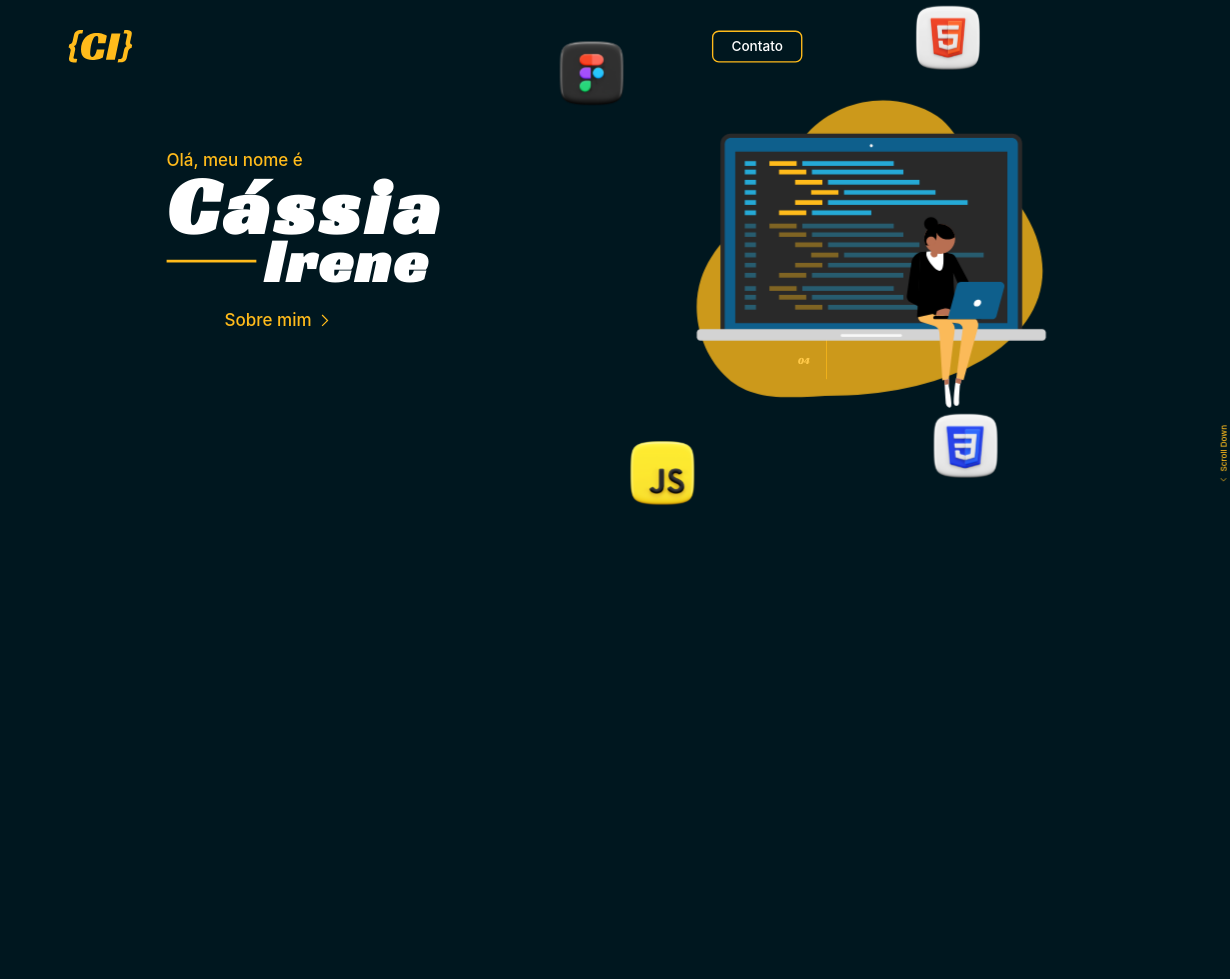
Repository: Cassia-Irene/My-Portfolio
Page: /
These files come from the project's save history. The page is drawn as it stood at one moment and after the next save; the edit follows.
The browser window is 1280 px wide. The page is 1809 px wide, so the pictures cover 1809 px, including what lies to the right of the window. The pictures show the whole page, at 68% of full size.
The project was rebuilt for these pictures with package versions that can differ from the ones it lists, and the page was loaded fresh each time. Also part of the build but not shown: vite.config.ts.

Above is the page before, as saved 2025-08-03 22:11:04.

After the next save:
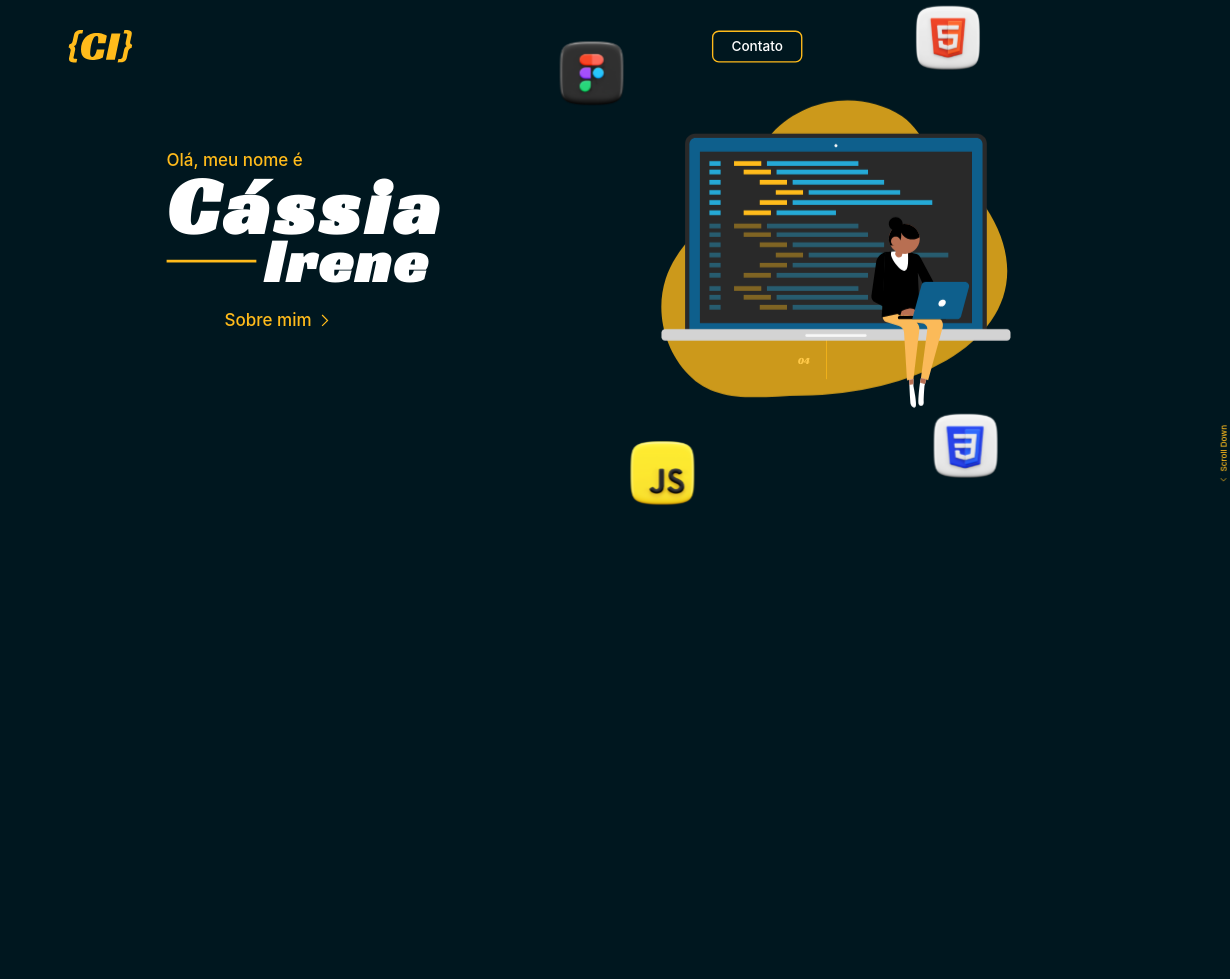
Saved 4 s later.
--- a/src/Hero.tsx
+++ b/src/Hero.tsx
@@ -120,7 +120,7 @@ const CentralImg = styled.img`
   height: 535.96px;
   position: absolute;
   top: -10%;
-  left: 70%;
+  left: 60%;
   transform: translate(-50%, -50%);
   animation: float 5s ease-in-out infinite;
 `;
